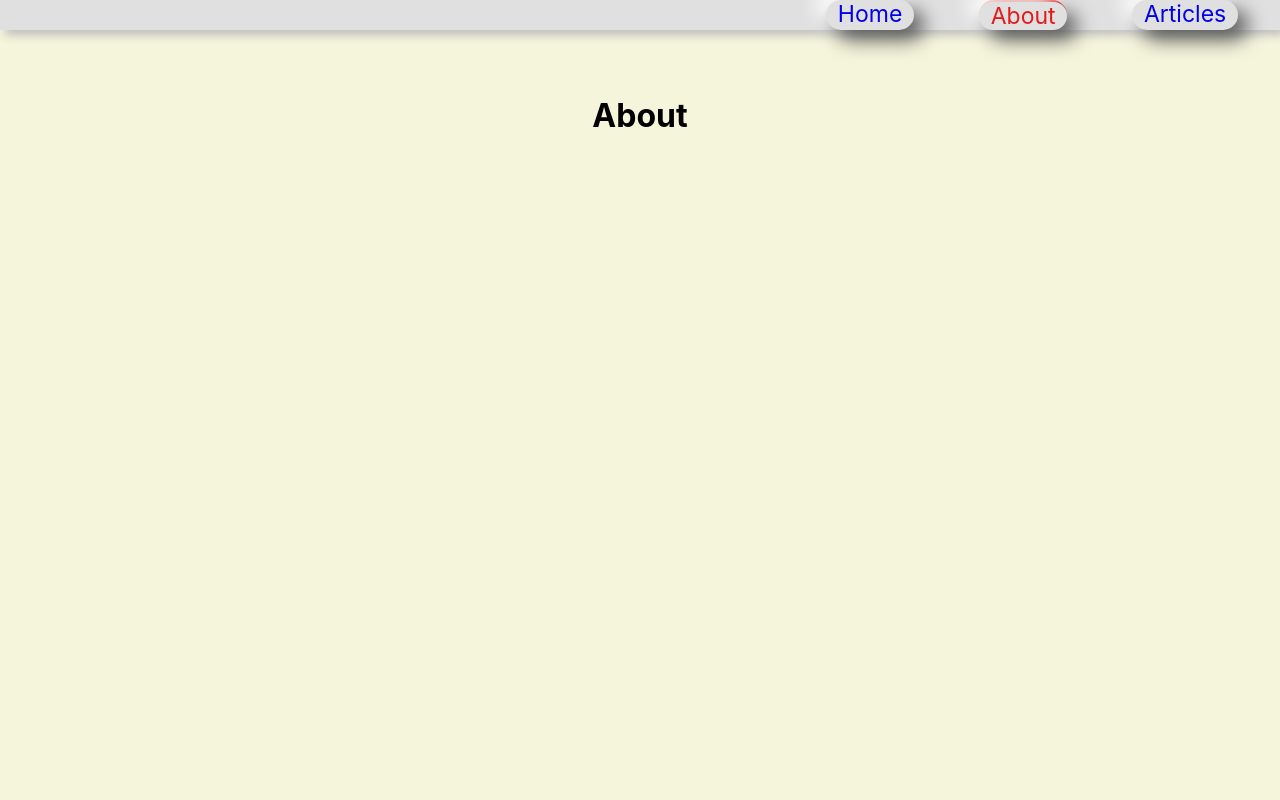
Repository: ShindanoSingi/react-software-architecture-course
Page: /about
An editor plug-in stored every save of this project. The page is shown before and after the next save, followed by the edit.
The browser window is 1280 px wide. The pictures show the whole page.
The project was rebuilt for these pictures with package versions that can differ from the ones it lists, and the page was loaded fresh each time. Also part of the build but not shown: src/pages/Home.js, src/pages/Articles.js.

Above is the page before, as saved 2022-12-25 20:49:37.

### src/App.js
import './App.css';
import { Routes, Route, NavLink } from 'react-router-dom';
import Home from './pages/Home';
import About from './pages/About';
import Articles from './pages/Articles';


function App() {

  return (
    <>
      <nav className='nav-bar'>
      <ul className='list-container'>
        <NavLink to='/' className={({isActive}) => isActive ? "is-active" : null}>
          <li className='home'>Home</li>
        </NavLink>

        <NavLink to='/about' className={({isActive}) => isActive ? "is-active" : null}>
          <li className='about'>About</li>
        </NavLink>

        <NavLink to='/articles' className={({isActive}) => isActive ? "is-active" : null}>
          <li className='articles'>Articles</li>
        </NavLink>
      </ul>
    </nav>
      <Routes>
        <Route path='/' element={<Home />}/>
        <Route path='about' element={<About />}/>
        <Route path='articles' element={<Articles />}/>
      </Routes>
    </>
  );
}

export default App;

### src/App.css
h1 {
    text-align: center;
    margin: 0rem;
    padding: 0.5em;
}

.is-active {
    color: rgb(230, 25, 25);
    border-top: 2px solid red;
    border-radius: 205px;
}

.home,
.about,
.articles {
    border-radius: 205px;
    background: #e0e0e0;
    box-shadow: 10px 10px 19px #5a5a5a,
        -10px -10px 19px #ffffff;
    padding: 0 0.5em;
}

.list-container,
a {
    font-size: 1.2em;
    list-style: none;
    text-decoration: none;
    display: flex;
    margin: 0 1em;
    justify-content: flex-end;
    gap: 1em;
}

.nav-bar {
    position: fixed;
    width: 100%;
    top: 0;
    border-radius: 0px;
    background: #e0e0e0;
    box-shadow: 5px 5px 10px #bebebe,
        -5px -5px 10px #ffffff;
}

.container {
    max-width: 80em;
    background-color: beige;
    margin: 0 auto;
    height: 100vh;
    padding-top: 5em;
}

### src/pages/About.js
import React from 'react';

const About = () => {
  return (
    <div className='container'>
      <h1>About</h1>
    </div>
  );
}

export default About;

Loaded but not shown: public/index.html (common file); src/index.js (common file); src/index.css (common file); src/reportWebVitals.js (common file)

After the next save:
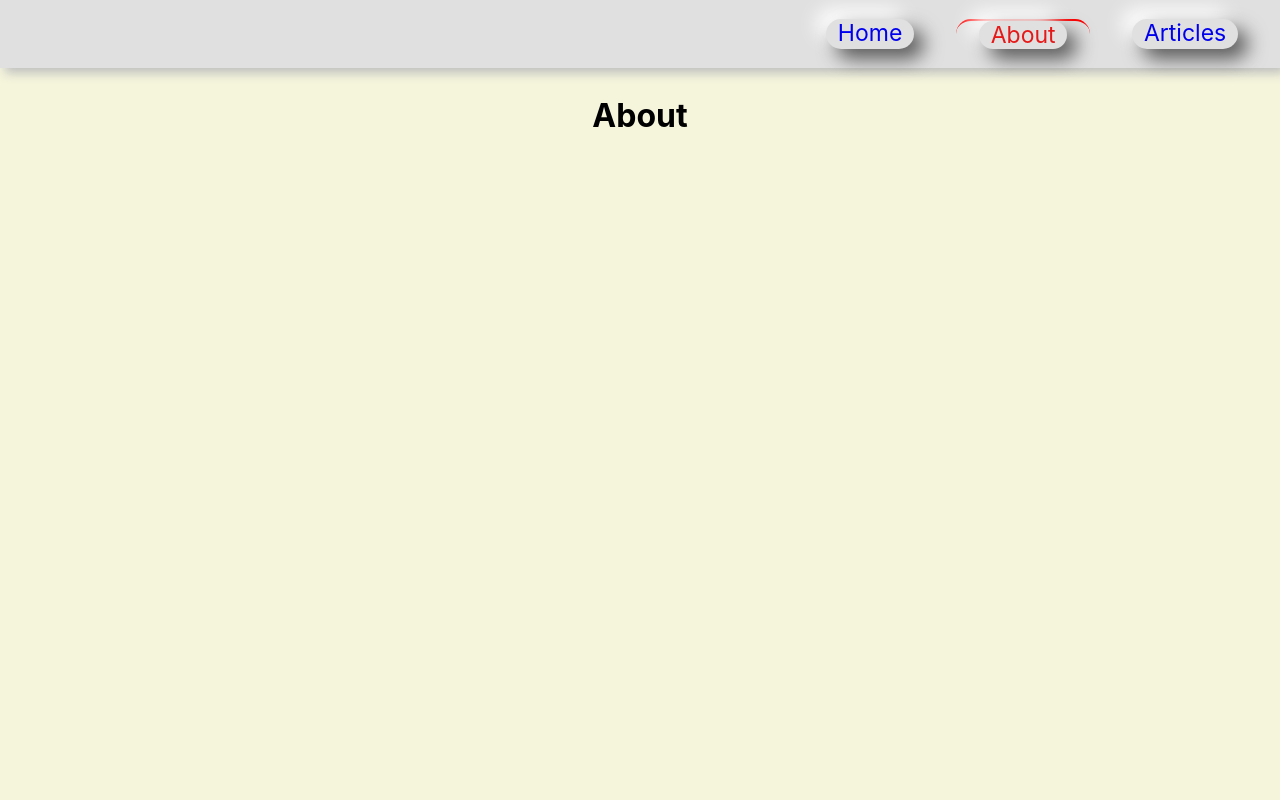
Saved 19 s later.
--- a/src/App.css
+++ b/src/App.css
@@ -26,7 +26,7 @@ a {
     list-style: none;
     text-decoration: none;
     display: flex;
-    margin: 0 1em;
+    padding: 0 1em;
     justify-content: flex-end;
     gap: 1em;
 }
